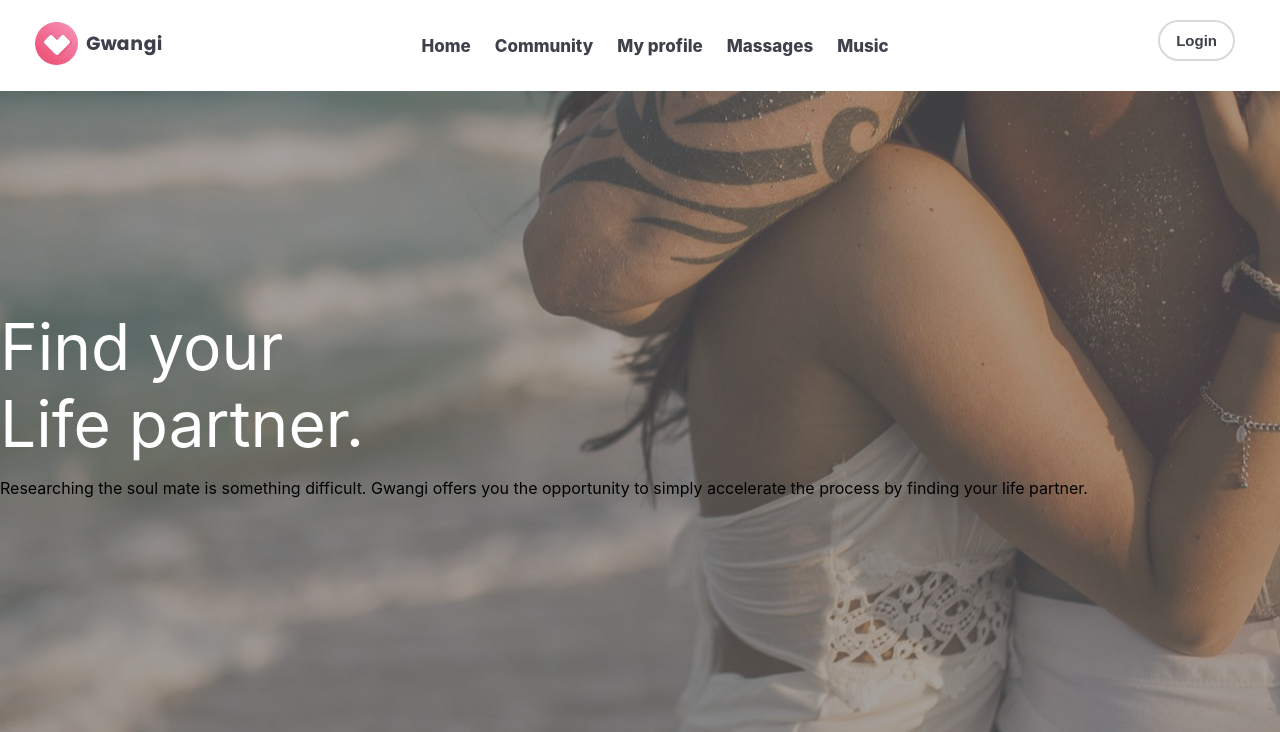
Repository: ShokunLiubov/Soc-Network-React
Page: /login
The author's editor kept a copy of each file at every save. The page is drawn from the files as they stood at one save, then again after the next save.
The browser window is 1280 px wide. The pictures show the whole page.
The project was rebuilt for these pictures with package versions that can differ from the ones it lists, and the page was loaded fresh each time. Also part of the build but not shown: src/components/common/Paginator/Paginator.module.css, src/components/common/Paginator/Paginator.jsx, src/components/Community/Community.module.css, src/components/Community/Friend/Friend.jsx, src/components/Community/Community.jsx, src/components/common/Preloader/Preloader.jsx, src/components/Community/CommunityContainer.jsx, src/components/Dialogs/Dialogs.module.css and 14 more.

Above is the page before, as saved 2022-08-24 17:36:07.

After the next save:
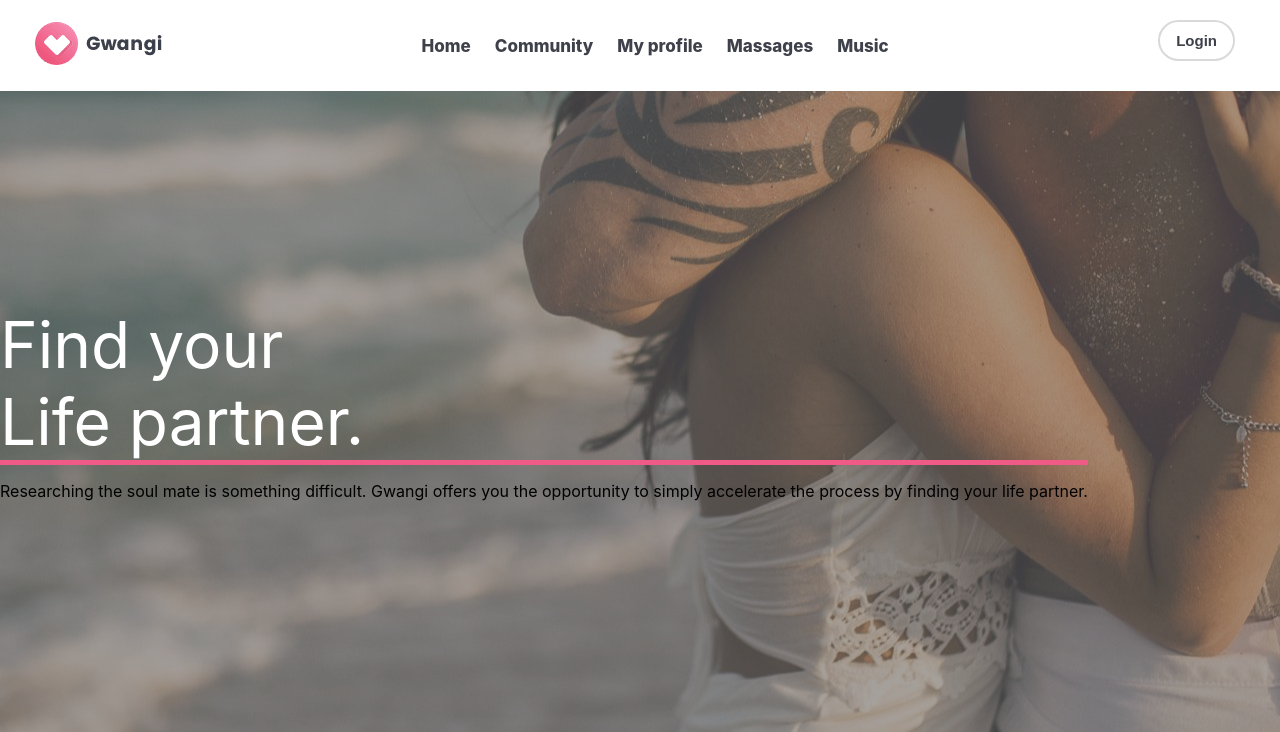
Saved 40 s later.
--- a/src/components/Auth/Registration/Registration.module.css
+++ b/src/components/Auth/Registration/Registration.module.css
@@ -26,4 +26,5 @@
 .title {
     color: #ffffff;
     font-size: 64px;
+    border-bottom: 5px solid #ef5b86;
 }
